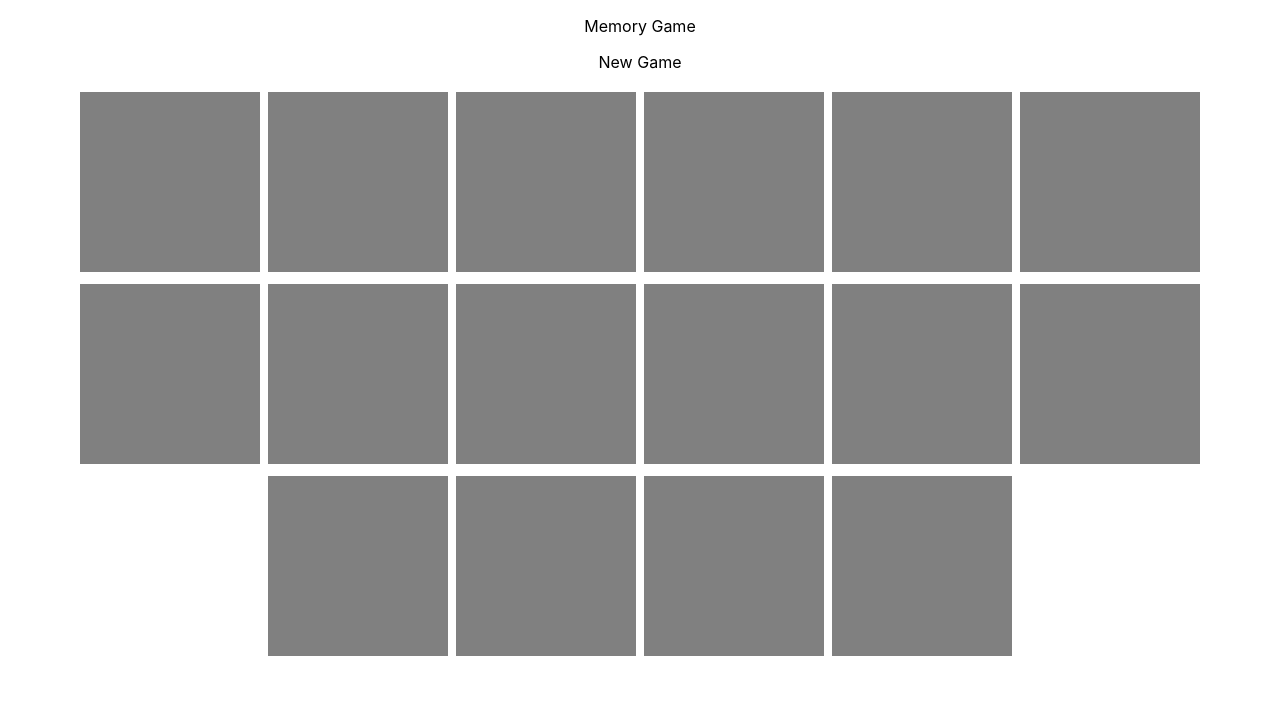
Repository: sokafootball/memory_game
Page: /
An editor plug-in stored every save of this project. The page is shown before and after the next save, followed by the edit.
The browser window is 1280 px wide. The pictures show the whole page.
The project was rebuilt for these pictures with package versions that can differ from the ones it lists, and the page was loaded fresh each time. Also part of the build but not shown: src/Game.js, src/Navbar.css.

Above is the page before, as saved 2019-01-21 10:49:17.

### src/App.js
import React, { Component } from 'react';
import './App.css';
import {Game} from './Game'
import {Navbar} from './Navbar'

class App extends Component {
  constructor(props) {
    super(props)
    this.state = {
      cards: [
        {id: 0, color: 'red', status: 'hidden'},
        {id: 1, color: 'red', status: 'hidden'},
        {id: 2, color: 'blue', status: 'hidden'},
        {id: 3, color: 'blue', status: 'hidden'},
        {id: 4, color: 'yellow', status: 'hidden'},
        {id: 5, color: 'yellow', status: 'hidden'},
        {id: 6, color: 'black', status: 'hidden'},
        {id: 7, color: 'black', status: 'hidden'},
        {id: 8, color: 'pink', status: 'hidden'},
        {id: 9, color: 'pink', status: 'hidden'},
        {id: 10, color: 'green', status: 'hidden'},
        {id: 11, color: 'green', status: 'hidden'},
        {id: 12, color: 'orange', status: 'hidden'},
        {id: 13, color: 'orange', status: 'hidden'},
        {id: 14, color: 'purple', status: 'hidden'},
        {id: 15, color: 'purple', status: 'hidden'}
      ],
      showingCards: 0
    }
    this.handleCardClick = this.handleCardClick.bind(this)
    this.countShowingCards = this.countShowingCards.bind(this)
    this.showCard = this.showCard.bind(this)
    this.compareCards = this.compareCards.bind(this)
  }

  countShowingCards = () => {
    console.log('countShowingCards called')
    let showingCards = 0
    this.state.cards.forEach(card => {if(card.status === 'showing')showingCards++})
    this.setState({showingCards}, () => {
      console.log(this.state.showingCards)
      if(this.state.showingCards === 2){
        this.compareCards()
      }
    })
  }

  showCard = (clickedCard, id) => {
    console.log('showCard called')
    if(clickedCard.status === 'hidden' && this.state.showingCards < 2){
      clickedCard.status = 'showing'
      let newCards = this.state.cards.slice()
      newCards = newCards.map(card => (card.id === id ? clickedCard : card))
      this.setState({cards: newCards}, this.countShowingCards)
      }
    }

  handleCardClick = (id) => {
    console.log('button clicked')
    const clickedCard = this.state.cards.filter((card) => card.id === id)[0]
    this.showCard(clickedCard, id)
  }

  compareCards = () => {
    console.log('compareCards called')
    let comparedCards = this.state.cards.filter((card) => card.status === 'showing')
    const isMatch = comparedCards[0].color === comparedCards[1].color
    comparedCards.forEach(card => {isMatch ? card.status = 'matched' : card.status = 'hidden'})
    let newCards = this.state.cards.slice()
    newCards = newCards.map(newCard => {
      if(comparedCards.some(card => card.id === newCard.id)){
        isMatch ? newCard.status = 'matched' : newCard.status = 'hidden'
      }
      return newCard
    })
    this.setState({newCards, showingCards:0})
  }

    //if there is another showing card
        //if they match
          //change their status to matched
          //if all cards match
            //game is won
        //if they do not match
          //change their status to hidden
  render() {
    return (
      <div className="App">
        <Navbar />
        <Game cards={this.state.cards} handleCardClick={this.handleCardClick}/>
      </div>
    );
  }
}





export default App;

### src/Navbar.js
import React, {Component} from 'react'
import './Navbar.css'

class Navbar extends Component{

  render () {
    return (
      <div className='mainBar'>
        <p>Memory Game</p>
        <p>New Game</p>
      </div>
    )
  }
}

export {Navbar}

### src/Card.js
import React from 'react'
import PropTypes from 'prop-types'
import './Card.css'

const Card = (props) => {

if(props.status !== 'hidden'){
  var style = {
    backgroundColor: props.color
  }
}

  return (
    <div className="card" style={style}></div>
  )
}

Card.defaultProps = {
  color: 'grey'
}

Card.propTypes = {
  color: PropTypes.string
}

export {Card}

### src/Card.css
.card {
  margin: 4px;
  width: 180px;
  height: 180px;
  display: inline-block;
  background: grey;
}

Loaded but not shown: public/index.html (common file); src/index.js (common file); src/index.css (common file); src/serviceWorker.js (common file); src/App.css (common file)

After the next save:
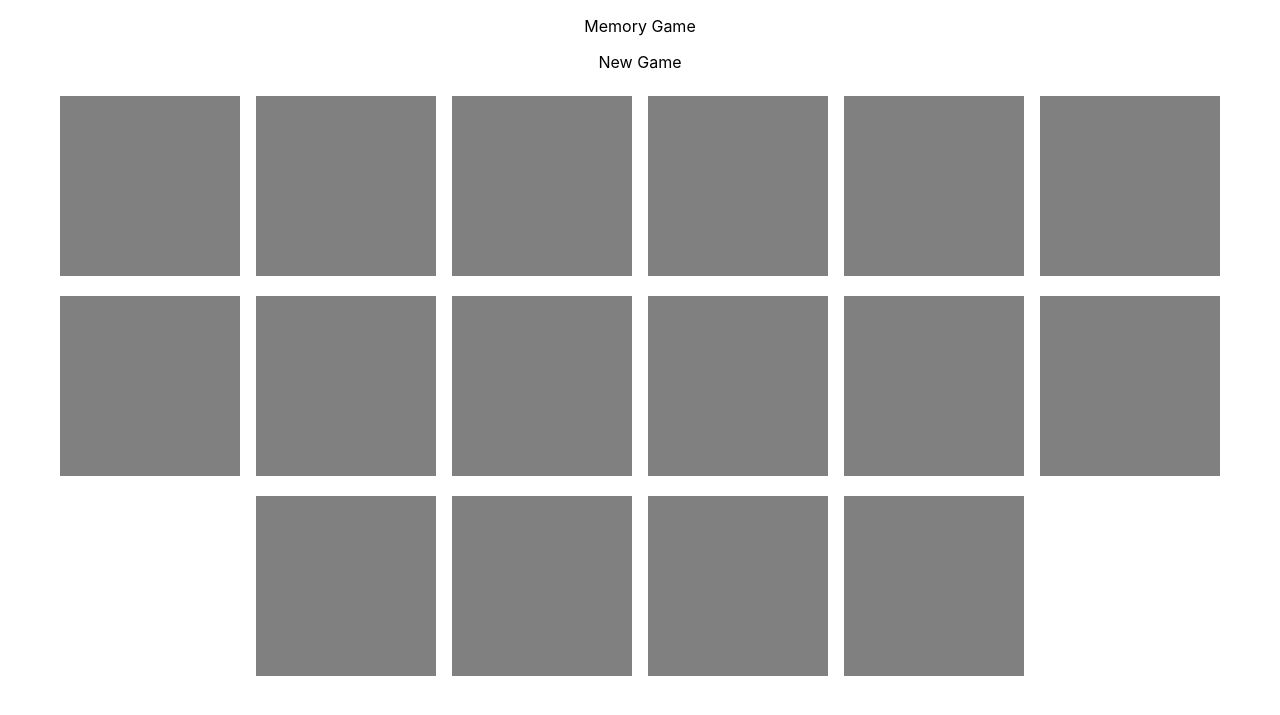
Saved 14 s later.
--- a/src/Card.css
+++ b/src/Card.css
@@ -1,5 +1,5 @@
 .card {
-  margin: 4px;
+  margin: 8px;
   width: 180px;
   height: 180px;
   display: inline-block;
